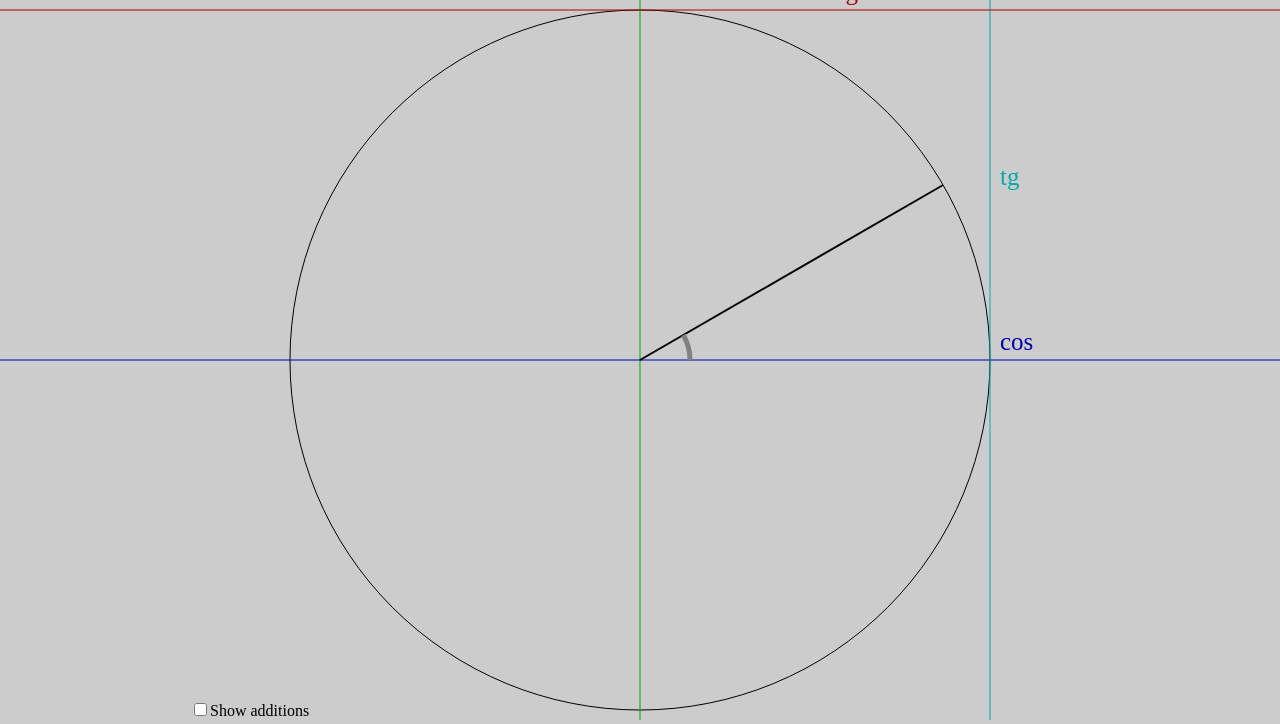
Repository: BraynStorm/braynstorm.github.io
Page: JSDrawing/index.html
The author's editor kept a copy of each file at every save. The page is drawn from the files as they stood at one save, then again after the next save.
The browser window is 1280 px wide. The pictures show the whole page.

Above is the page before, as saved 2015-02-24 18:18:55.

After the next save:
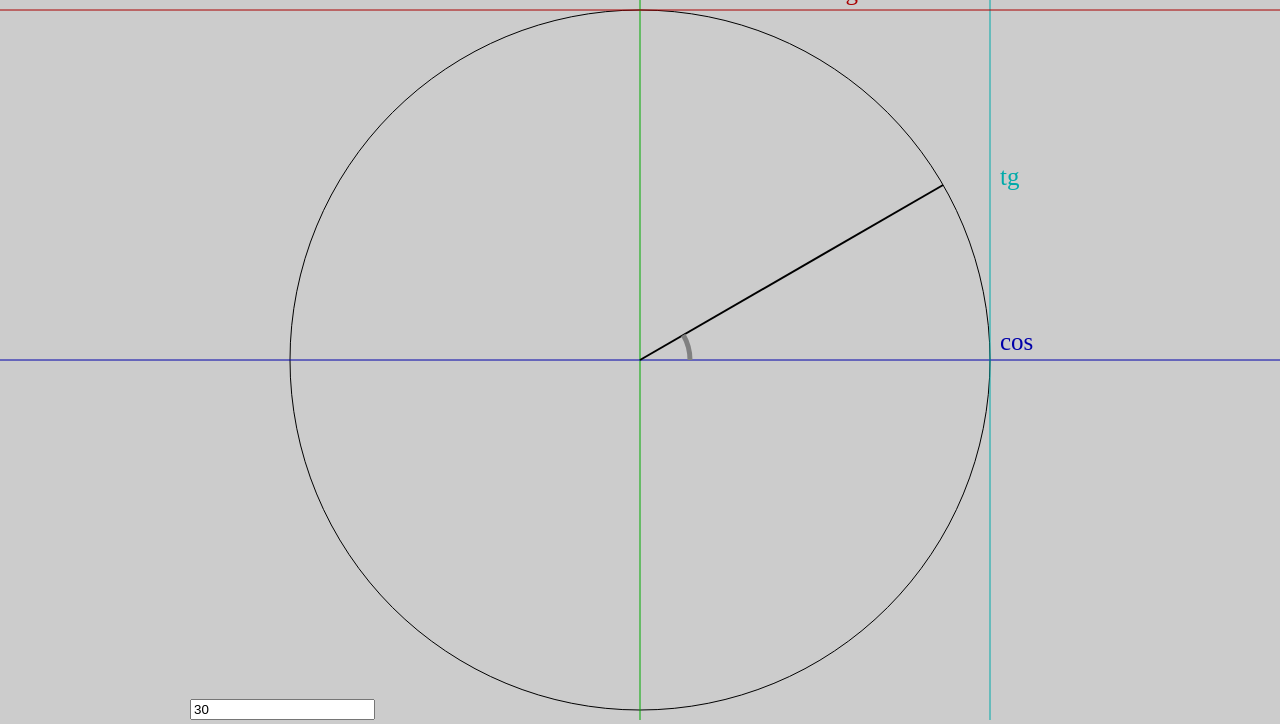
Saved 31 s later.
--- a/JSDrawing/index.html
+++ b/JSDrawing/index.html
@@ -29,9 +29,10 @@
 				<line id="angleArm" style="stroke:rgb(0,0,0);stroke-width:2;" />
 				<path id="angleArc" stroke="grey" stroke-width="5" fill="none"/>
 			</svg>
-
-			<input type="text" value="30" id="angleBox" />
-			<div id="menu"><input id="showAdditions" type="checkbox" />Show additions</div>
+			<div id="menu">
+				<input type="text" value="30" id="angleBox" />
+				<div id="showAdditionsBox"><input id="showAdditions" type="checkbox" />Show additions</div>
+			</div>
 		</div>
 	</body>
 </html>
